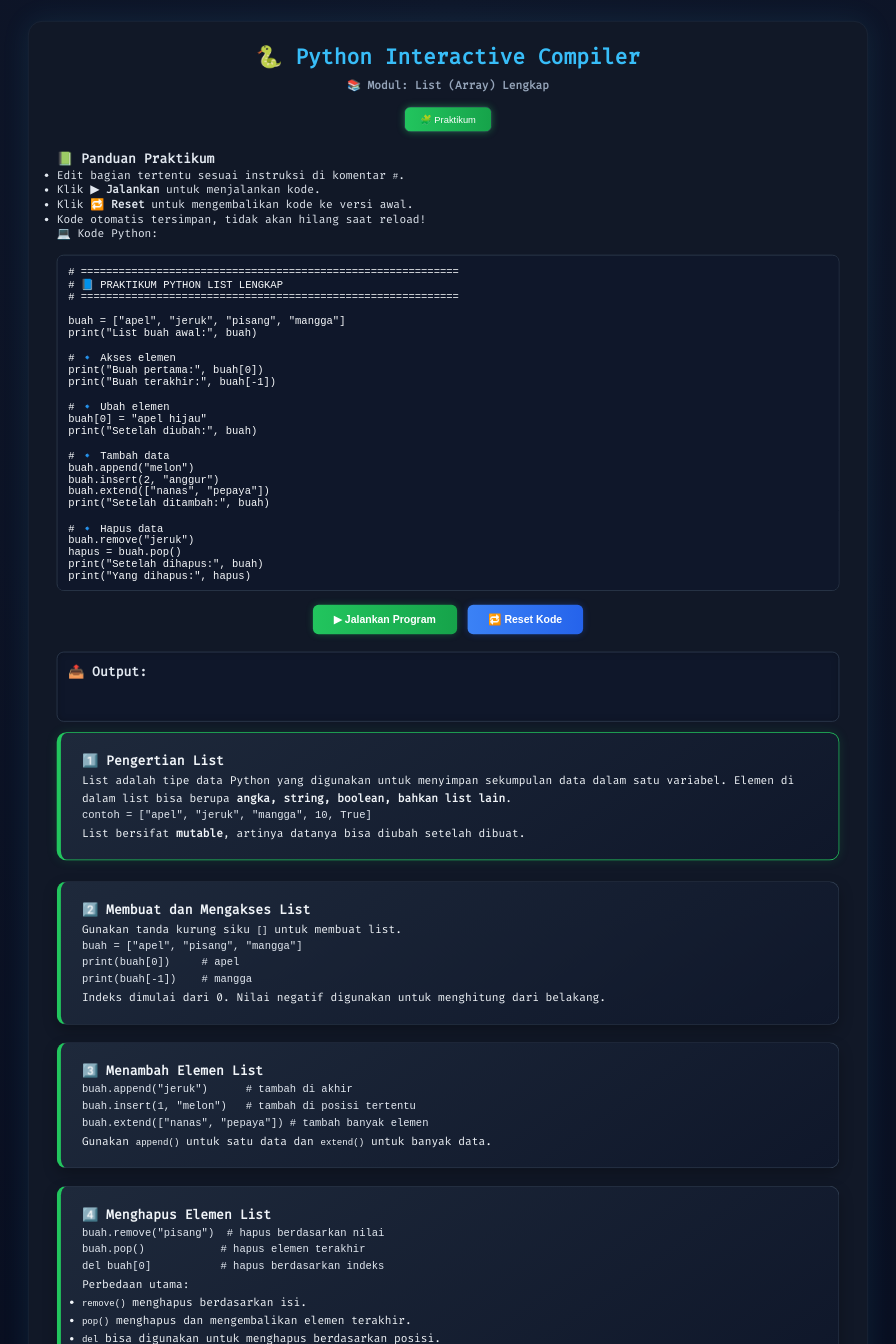
Repository: smkmutipugademak/Array
Page: index.html
The author's editor kept a copy of each file at every save. The page is drawn from the files as they stood at one save, then again after the next save.
The browser window is 1280 px wide. The pictures show the part of the page from y = 0 to 1920 px (the page is 4198 px tall), at 70% of full size.
The pointer rests on the first visible `.card`.
An inner scrolling area shows only its first screen.

Above is the page before, as saved 2025-11-11 05:20:28.

### index.html
<!DOCTYPE html>
<html lang="id">

<head>
    <meta charset="UTF-8" />
    <meta name="viewport" content="width=device-width, initial-scale=1.0" />
    <title>🐍 Python Interactive Compiler - Belajar List</title>
    <link rel="stylesheet" href="style.css" />
    <link href="https://fonts.googleapis.com/css2?family=Fira+Code&display=swap" rel="stylesheet">
</head>

<body>
    <div class="container">
        <h1>🐍 Python Interactive Compiler</h1>
        <h2>📚 Modul: List (Array) Lengkap</h2>

        <div class="tabs">
            <button class="tab-button active" data-tab="praktikum">🧩 Praktikum</button>
        </div>

        <!-- ===================== TAB PRAKTIKUM ===================== -->
        <div id="praktikum" class="tab-content active">
            <div class="instructions">
                <h3>📗 Panduan Praktikum</h3>
                <ul>
                    <li>Edit bagian tertentu sesuai instruksi di komentar <code>#</code>.</li>
                    <li>Klik <b>▶ Jalankan</b> untuk menjalankan kode.</li>
                    <li>Klik <b>🔁 Reset</b> untuk mengembalikan kode ke versi awal.</li>
                    <li>Kode otomatis tersimpan, tidak akan hilang saat reload!</li>
                </ul>
            </div>

            <div class="editor-section">
                <label>💻 Kode Python:</label>
                <textarea id="editor" spellcheck="false"></textarea>

                <div class="btn-group">
                    <button id="runBtn">▶ Jalankan Program</button>
                    <button id="resetBtn">🔁 Reset Kode</button>
                </div>
            </div>

            <div class="output-container">
                <h3>📤 Output:</h3>
                <pre id="output"></pre>
            </div>
        </div>

        <!-- ===================== TAB TEORI LENGKAP ===================== -->
        <div id="teori" class="tab-content">
            <div class="theory-section">
                <div class="card">
                    <h3>1️⃣ Pengertian List</h3>
                    <p>List adalah tipe data Python yang digunakan untuk menyimpan sekumpulan data dalam satu variabel.
                        Elemen di dalam list bisa berupa <b>angka, string, boolean, bahkan list lain</b>.</p>
                    <pre><code>contoh = ["apel", "jeruk", "mangga", 10, True]</code></pre>
                    <p>List bersifat <b>mutable</b>, artinya datanya bisa diubah setelah dibuat.</p>
                </div>

                <div class="card">
                    <h3>2️⃣ Membuat dan Mengakses List</h3>
                    <p>Gunakan tanda kurung siku <code>[]</code> untuk membuat list.</p>
                    <pre><code>buah = ["apel", "pisang", "mangga"]
print(buah[0])     # apel
print(buah[-1])    # mangga</code></pre>
                    <p>Indeks dimulai dari 0. Nilai negatif digunakan untuk menghitung dari belakang.</p>
                </div>

                <div class="card">
                    <h3>3️⃣ Menambah Elemen List</h3>
                    <pre><code>buah.append("jeruk")      # tambah di akhir
buah.insert(1, "melon")   # tambah di posisi tertentu
buah.extend(["nanas", "pepaya"]) # tambah banyak elemen</code></pre>
                    <p>Gunakan <code>append()</code> untuk satu data dan <code>extend()</code> untuk banyak data.</p>
                </div>

                <div class="card">
                    <h3>4️⃣ Menghapus Elemen List</h3>
                    <pre><code>buah.remove("pisang")  # hapus berdasarkan nilai
buah.pop()            # hapus elemen terakhir
del buah[0]           # hapus berdasarkan indeks</code></pre>
                    <p>Perbedaan utama:
                    <ul>
                        <li><code>remove()</code> menghapus berdasarkan isi.</li>
                        <li><code>pop()</code> menghapus dan mengembalikan elemen terakhir.</li>
                        <li><code>del</code> bisa digunakan untuk menghapus berdasarkan posisi.</li>
                    </ul>
                    </p>
                </div>

                <div class="card">
                    <h3>5️⃣ Mengubah Elemen</h3>
                    <pre><code>buah[0] = "apel hijau"
buah[1:3] = ["melon", "nanas"]</code></pre>
                    <p>Kamu bisa mengubah satu atau beberapa elemen sekaligus menggunakan slicing.</p>
                </div>

                <div class="card">
                    <h3>6️⃣ Operasi Dasar List</h3>
                    <pre><code>angka = [1, 2, 3]
print(len(angka))        # 3
print(angka + [4, 5])    # gabung list
print(angka * 2)         # duplikasi
print(2 in angka)        # cek keanggotaan</code></pre>
                </div>

                <div class="card">
                    <h3>7️⃣ Fungsi Bawaan List</h3>
                    <pre><code>angka = [2, 4, 4, 5, 10]
print(angka.count(4))   # menghitung jumlah 4
print(angka.index(5))   # posisi angka 5
angka.sort()            # urut naik
angka.reverse()         # urut turun
print(angka)</code></pre>
                </div>

                <div class="card">
                    <h3>8️⃣ Slicing List</h3>
                    <pre><code>buah = ["apel", "pisang", "jeruk", "mangga", "melon"]
print(buah[1:4])   # ['pisang', 'jeruk', 'mangga']
print(buah[:3])    # ['apel', 'pisang', 'jeruk']
print(buah[::-1])  # urutan dibalik</code></pre>
                </div>

                <div class="card">
                    <h3>9️⃣ Nested List (List di dalam List)</h3>
                    <pre><code>kelas = [["Ani", 80], ["Budi", 90], ["Citra", 85]]
print(kelas[1][0])  # Budi
print(kelas[1][1])  # 90</code></pre>
                    <p>Nested list sering digunakan untuk menyimpan data tabel atau pasangan nilai (nama dan skor).</p>
                </div>

                <div class="card">
                    <h3>🔟 Looping pada List</h3>
                    <pre><code>for buah in ["apel", "pisang", "jeruk"]:
    print(buah)</code></pre>
                    <p>Bisa juga menggunakan <code>enumerate()</code> untuk mendapatkan indeks dan nilai:</p>
                    <pre><code>buah = ["apel", "jeruk", "pisang"]
for i, item in enumerate(buah):
    print(i, item)</code></pre>
                </div>

                <div class="card">
                    <h3>1️⃣1️⃣ List Comprehension</h3>
                    <p>Cara singkat membuat list dari iterasi.</p>
                    <pre><code>angka = [x for x in range(5)]
kuadrat = [x**2 for x in range(1,6)]
print(angka)
print(kuadrat)</code></pre>
                </div>

                <div class="card">
                    <h3>1️⃣2️⃣ Fungsi Copy, Clear, dan Lainnya</h3>
                    <pre><code>data = [1, 2, 3]
salinan = data.copy()
salinan.append(4)
print("Asli:", data)
print("Salinan:", salinan)

data.clear()
print("Setelah clear:", data)</code></pre>
                </div>

                <div class="card">
                    <h3>📖 Rangkuman</h3>
                    <ul>
                        <li>List menyimpan banyak data dalam satu variabel.</li>
                        <li>List bersifat <b>mutable</b> (bisa diubah).</li>
                        <li>Dapat ditambah, dihapus, digabung, dan diulang.</li>
                        <li>Mendukung operasi matematika dan logika sederhana.</li>
                        <li>Sangat penting untuk memahami manipulasi data di Python.</li>
                    </ul>
                </div>

                <div class="card" style="text-align:center; color:#22c55e;">
                    <h3>🎉 Selesai! Kamu sudah memahami semua konsep List Python 🎉</h3>
                </div>
            </div>
        </div>
    </div>

    <!-- Skulpt -->
    <script src="https://cdn.jsdelivr.net/npm/skulpt@1.2.0/dist/skulpt.min.js"></script>
    <script src="https://cdn.jsdelivr.net/npm/skulpt@1.2.0/dist/skulpt-stdlib.js"></script>
    <script src="script.js"></script>
</body>

</html>

### style.css
/* =======================================
   🌌 MODERN RESPONSIVE PYTHON COMPILER UI
   By Nanda Edition
======================================= */

/* RESET & BASE */
* {
    box-sizing: border-box;
    margin: 0;
    padding: 0;
}

body {
    background: radial-gradient(circle at top, #0f172a, #020617);
    color: #e2e8f0;
    font-family: "Fira Code", monospace;
    display: flex;
    justify-content: center;
    align-items: flex-start;
    min-height: 100vh;
    padding: 30px 10px;
}

/* CONTAINER */
.container {
    background: #111827;
    border: 1px solid #1e293b;
    border-radius: 20px;
    width: 100%;
    max-width: 1200px;
    padding: 30px 40px;
    box-shadow: 0 0 40px rgba(56, 189, 248, 0.1);
    animation: fadeIn 0.6s ease;
}

/* TITLE */
h1 {
    text-align: center;
    color: #38bdf8;
    font-size: 1.9rem;
    font-weight: 600;
    margin-bottom: 10px;
}

h2 {
    text-align: center;
    color: #94a3b8;
    font-size: 1rem;
    margin-bottom: 20px;
}

/* TABS */
.tabs {
    display: flex;
    justify-content: center;
    flex-wrap: wrap;
    gap: 10px;
    margin-bottom: 25px;
}

.tab-button {
    padding: 10px 22px;
    background: #1e293b;
    border: 1px solid #334155;
    border-radius: 10px;
    color: #cbd5e1;
    cursor: pointer;
    transition: all 0.3s ease;
    font-weight: 500;
}

.tab-button:hover {
    background: #2563eb;
    color: #fff;
    transform: translateY(-2px);
}

.tab-button.active {
    background: linear-gradient(90deg, #22c55e, #16a34a);
    color: #fff;
    box-shadow: 0 0 10px rgba(34, 197, 94, 0.4);
}

/* THEORY SECTION */
.theory-section {
    display: flex;
    flex-direction: column;
    gap: 25px;
    margin-top: 20px;
}

.card {
    background: linear-gradient(145deg, #1e293b 0%, #0f172a 100%);
    border: 1px solid #334155;
    border-left: 6px solid #22c55e;
    border-radius: 14px;
    padding: 25px 30px;
    color: #f1f5f9;
    line-height: 1.6;
    position: relative;
    transition: all 0.3s ease;
    box-shadow: 0 8px 20px rgba(0, 0, 0, 0.25);
}

.card:hover {
    transform: translateY(-5px);
    border-color: #22c55e;
    box-shadow: 0 0 15px rgba(34, 197, 94, 0.15);
}

/* EDITOR SECTION */
.editor-section {
    display: flex;
    flex-direction: column;
    gap: 20px;
}

textarea {
    width: 100%;
    height: 480px;
    background: #0f172a;
    color: #f8fafc;
    border: 1px solid #334155;
    border-radius: 10px;
    padding: 15px;
    font-size: 15px;
    resize: none;
    outline: none;
    transition: all 0.3s ease;
}

textarea:focus {
    border-color: #38bdf8;
    box-shadow: 0 0 10px rgba(56, 189, 248, 0.2);
}

/* BUTTON GROUP */
.btn-group {
    display: flex;
    justify-content: center;
    flex-wrap: wrap;
    gap: 15px;
}

#runBtn,
#resetBtn {
    padding: 12px 30px;
    border: none;
    border-radius: 8px;
    color: #fff;
    cursor: pointer;
    font-size: 15px;
    font-weight: 600;
    transition: all 0.3s ease;
}

#runBtn {
    background: linear-gradient(90deg, #22c55e, #16a34a);
    box-shadow: 0 0 10px rgba(34, 197, 94, 0.3);
}

#runBtn:hover {
    background: linear-gradient(90deg, #16a34a, #15803d);
    transform: translateY(-2px);
}

#resetBtn {
    background: linear-gradient(90deg, #3b82f6, #2563eb);
    box-shadow: 0 0 10px rgba(37, 99, 235, 0.3);
}

#resetBtn:hover {
    background: linear-gradient(90deg, #2563eb, #1d4ed8);
    transform: translateY(-2px);
}

/* OUTPUT CONTAINER */
.output-container {
    background: #0f172a;
    border: 1px solid #334155;
    border-radius: 10px;
    padding: 15px;
    margin-top: 25px;
    overflow-x: auto;
    min-height: 100px;
    box-shadow: inset 0 0 10px rgba(0, 0, 0, 0.2);
}

pre {
    color: #e2e8f0;
    font-size: 15px;
    white-space: pre-wrap;
}

/* ANIMASI */
@keyframes fadeIn {
    from {
        opacity: 0;
        transform: translateY(20px);
    }

    to {
        opacity: 1;
        transform: translateY(0);
    }
}

/* RESPONSIVE ADJUSTMENTS */

/* 💻 Laptop kecil */
@media (max-width: 1024px) {
    .container {
        padding: 20px;
    }

    textarea {
        height: 400px;
        font-size: 14px;
    }
}

/* 📱 Tablet */
@media (max-width: 768px) {
    h1 {
        font-size: 1.6rem;
    }

    .theory-section {
        grid-template-columns: 1fr;
    }

    textarea {
        height: 350px;
    }
}

/* 📱 Smartphone besar */
@media (max-width: 480px) {
    .container {
        padding: 15px;
        border-radius: 14px;
    }

    .tab-button {
        padding: 8px 16px;
        font-size: 13px;
    }

    #runBtn,
    #resetBtn {
        padding: 10px 20px;
        font-size: 13px;
    }

    textarea {
        height: 300px;
        font-size: 13px;
    }
}

### script.js
// ============================================================
// 🧠 PYTHON COMPILER WITH AUTOSAVE
// ============================================================
const defaultCode = `# ============================================================
# 📘 PRAKTIKUM PYTHON LIST LENGKAP
# ============================================================

buah = ["apel", "jeruk", "pisang", "mangga"]
print("List buah awal:", buah)

# 🔹 Akses elemen
print("Buah pertama:", buah[0])
print("Buah terakhir:", buah[-1])

# 🔹 Ubah elemen
buah[0] = "apel hijau"
print("Setelah diubah:", buah)

# 🔹 Tambah data
buah.append("melon")
buah.insert(2, "anggur")
buah.extend(["nanas", "pepaya"])
print("Setelah ditambah:", buah)

# 🔹 Hapus data
buah.remove("jeruk")
hapus = buah.pop()
print("Setelah dihapus:", buah)
print("Yang dihapus:", hapus)

# 🔹 Fungsi dasar list
angka = [2, 4, 5, 5, 10, 4]
print("List angka:", angka)
print("Jumlah elemen:", len(angka))
print("Banyak angka 5:", angka.count(5))
print("Indeks angka 4:", angka.index(4))

# 🔹 Operasi list
print("Penjumlahan list:", angka + [20, 30])
print("Duplikasi list:", angka * 2)
print("Apakah 4 ada di list?", 4 in angka)

# 🔹 Slicing
print("Elemen ke-2 s.d 4:", angka[1:4])
print("Membalik urutan:", angka[::-1])

# 🔹 Nested list
kelas = [["Ani", 80], ["Budi", 90], ["Citra", 85]]
print("Nilai Budi:", kelas[1][1])

# 🔹 Looping
print("Daftar nilai siswa:")
for nama, nilai in kelas:
    print("-", nama, "=", nilai)

# 🔹 List comprehension
kuadrat = [x**2 for x in range(1, 6)]
print("Kuadrat 1–5:", kuadrat)

# 🔹 Sort & Reverse
angka2 = [9, 3, 6, 1, 7]
angka2.sort()
print("Urut naik:", angka2)
angka2.reverse()
print("Urut turun:", angka2)

# 🔹 Copy dan Clear
salinan = angka2.copy()
salinan.append(100)
print("Asli:", angka2)
print("Salinan:", salinan)
salinan.clear()
print("Setelah clear:", salinan)

print("\\n✅ Semua fungsi List Python telah dipelajari!")`;

// ===========================
//  Inisialisasi Editor
// ===========================
const editor = document.getElementById("editor");
const output = document.getElementById("output");
const savedCode = localStorage.getItem("pythonCode");

editor.value = savedCode || defaultCode;

// ===========================
//  Jalankan Program
// ===========================
function outf(text) {
    output.innerHTML += text + "\n";
}

function builtinRead(x) {
    if (Sk.builtinFiles === undefined || Sk.builtinFiles["files"][x] === undefined)
        throw "File not found: '" + x + "'";
    return Sk.builtinFiles["files"][x];
}

document.getElementById("runBtn").addEventListener("click", () => {
    output.innerHTML = "";
    Sk.configure({ output: outf, read: builtinRead });
    Sk.misceval.asyncToPromise(() => Sk.importMainWithBody("<stdin>", false, editor.value, true))
        .then(() => outf("\n✅ Program selesai tanpa error."))
        .catch(err => outf("\n❌ Error: " + err.toString()));
});

// ===========================
//  Reset ke Default
// ===========================
document.getElementById("resetBtn").addEventListener("click", () => {
    if (confirm("Yakin ingin mengembalikan kode ke versi awal?")) {
        editor.value = defaultCode;
        output.innerHTML = "";
        localStorage.removeItem("pythonCode");
    }
});

// ===========================
//  Autosave Tiap 2 Detik
// ===========================
setInterval(() => {
    localStorage.setItem("pythonCode", editor.value);
}, 2000);

// ===========================
//  Tab Navigasi
// ===========================
document.querySelectorAll(".tab-button").forEach(btn => {
    btn.addEventListener("click", () => {
        document.querySelectorAll(".tab-button").forEach(b => b.classList.remove("active"));
        document.querySelectorAll(".tab-content").forEach(c => c.classList.remove("active"));
        btn.classList.add("active");
        document.getElementById(btn.dataset.tab).classList.add("active");
    });
});

After the next save:
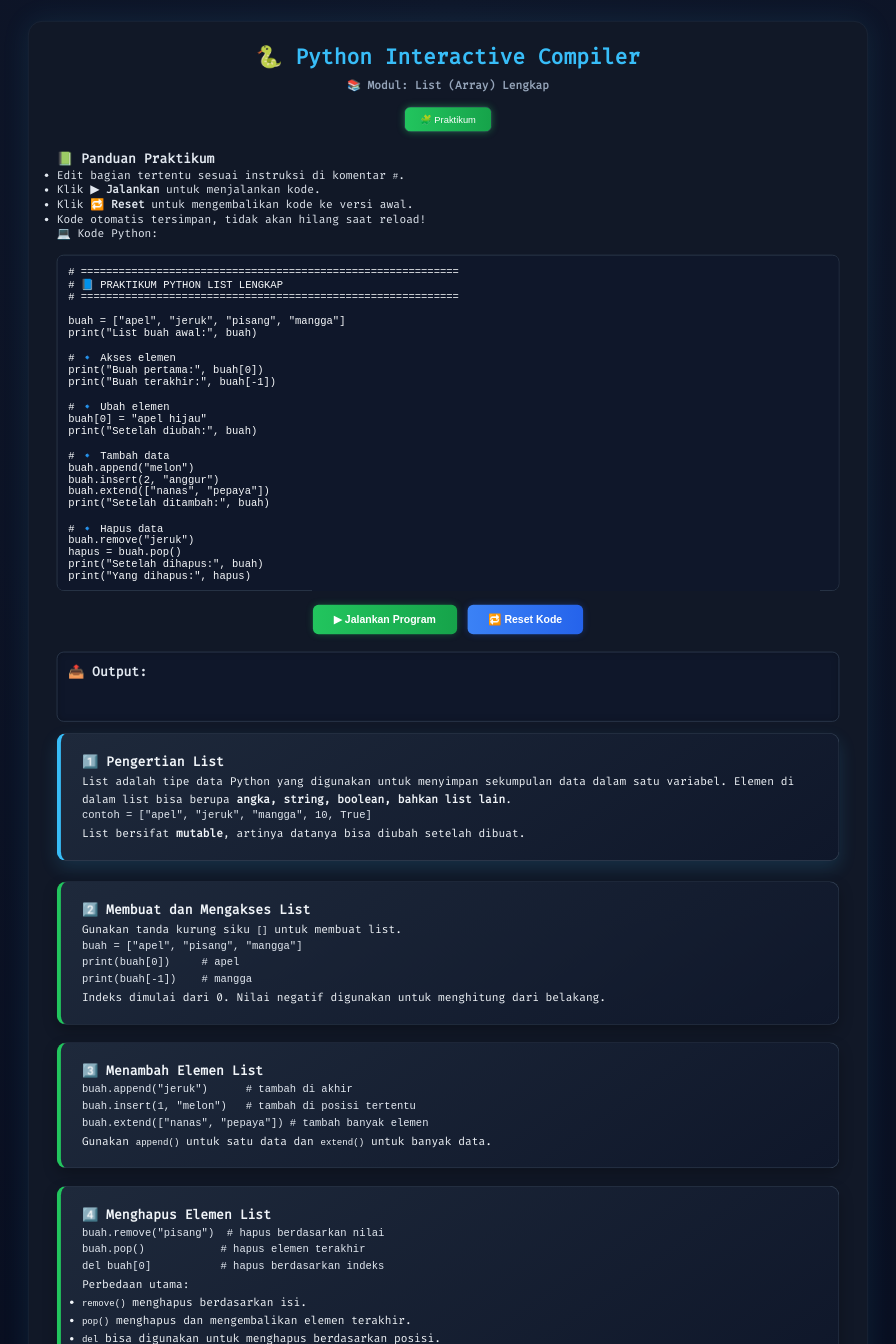
Saved 6 s later.
--- a/style.css
+++ b/style.css
@@ -103,9 +103,9 @@
 }
 
 .card:hover {
-    transform: translateY(-5px);
-    border-color: #22c55e;
-    box-shadow: 0 0 15px rgba(34, 197, 94, 0.15);
+    transform: translateY(-4px);
+    border-left-color: #38bdf8;
+    box-shadow: 0 10px 25px rgba(56, 189, 248, 0.15);
 }
 
 /* EDITOR SECTION */
